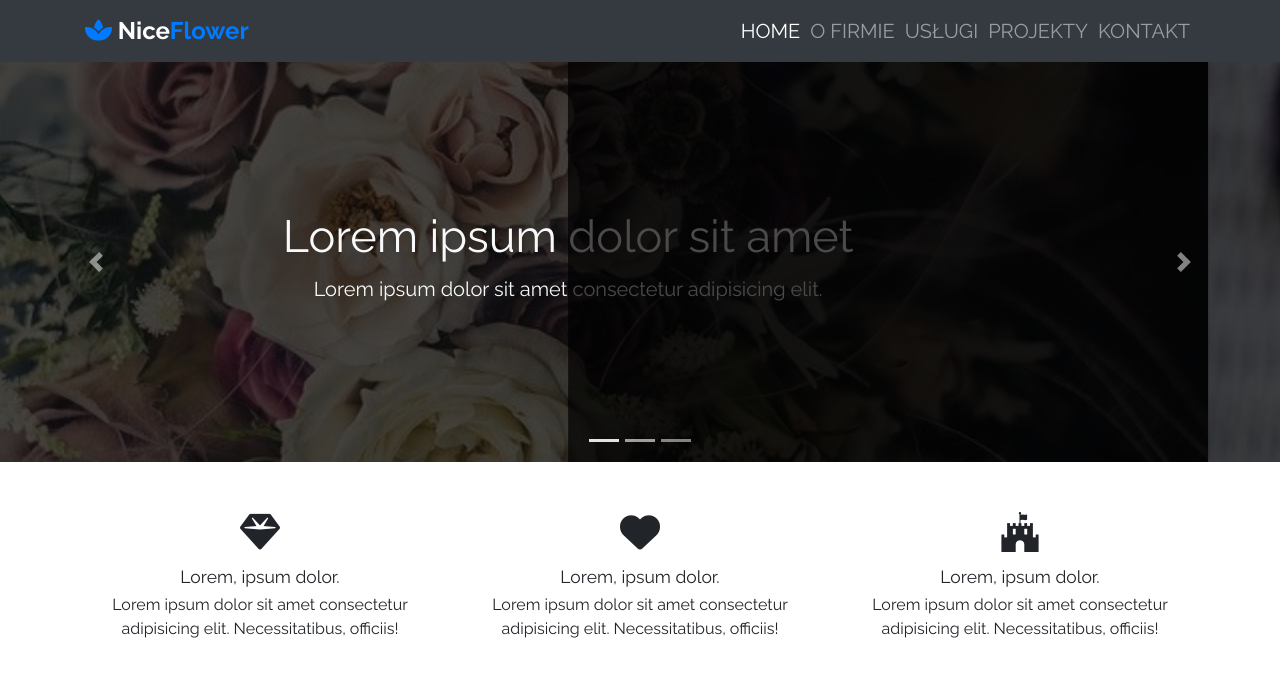
Repository: KrzysKolo/Projekt-13_Kwiaciarnia
Page: index.html
These files come from the project's save history. The page is drawn as it stood at one moment and after the next save; the edit follows.
The browser window is 1280 px wide. The pictures show the whole page.
Some web libraries are served in a nearby version.

Above is the page before, as saved 2020-08-08 08:29:52.

After the next save:
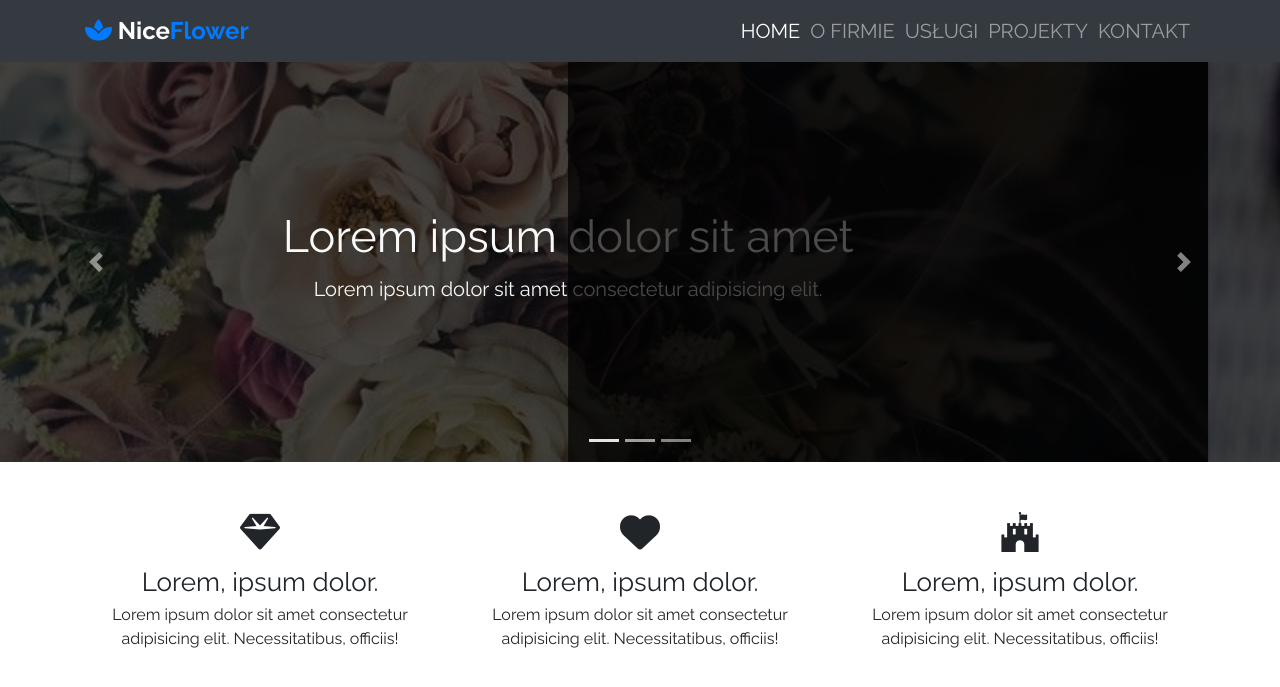
Saved 98 s later.
--- a/style.css
+++ b/style.css
@@ -64,6 +64,9 @@ header {
 .home-box i {
   font-size: 4rem;
 }
+.home-box h3 {
+  font-size: 2.6rem;
+}
 
 @media (min-width: 1400px) {
   .carousel-item {
